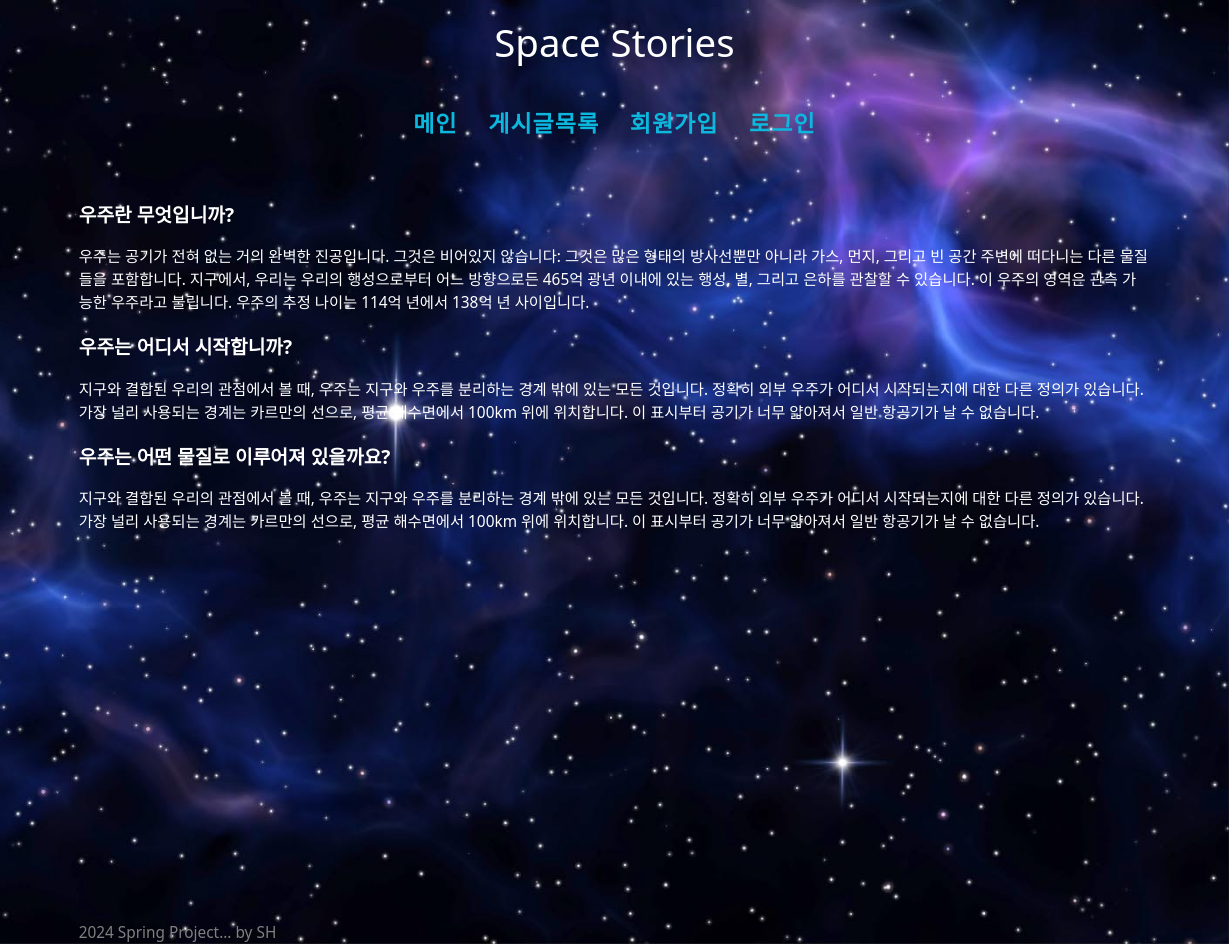
Repository: dtkd19/spring_personal_project
Page: http://localhost/myproject/WEB-INF/views/home.jsp
The author's editor kept a copy of each file at every save. The page is drawn from the files as they stood at one save, then again after the next save.
The browser window is 1280 px wide. The pictures show the whole page, at 96% of full size.
The page is served by Tomcat 9. Nobody is signed in. The template is opened directly, without the code that normally fills it, so the values that code supplies are empty.

Above is the page before, as saved 2024-11-08 08:23:20.

After the next save:
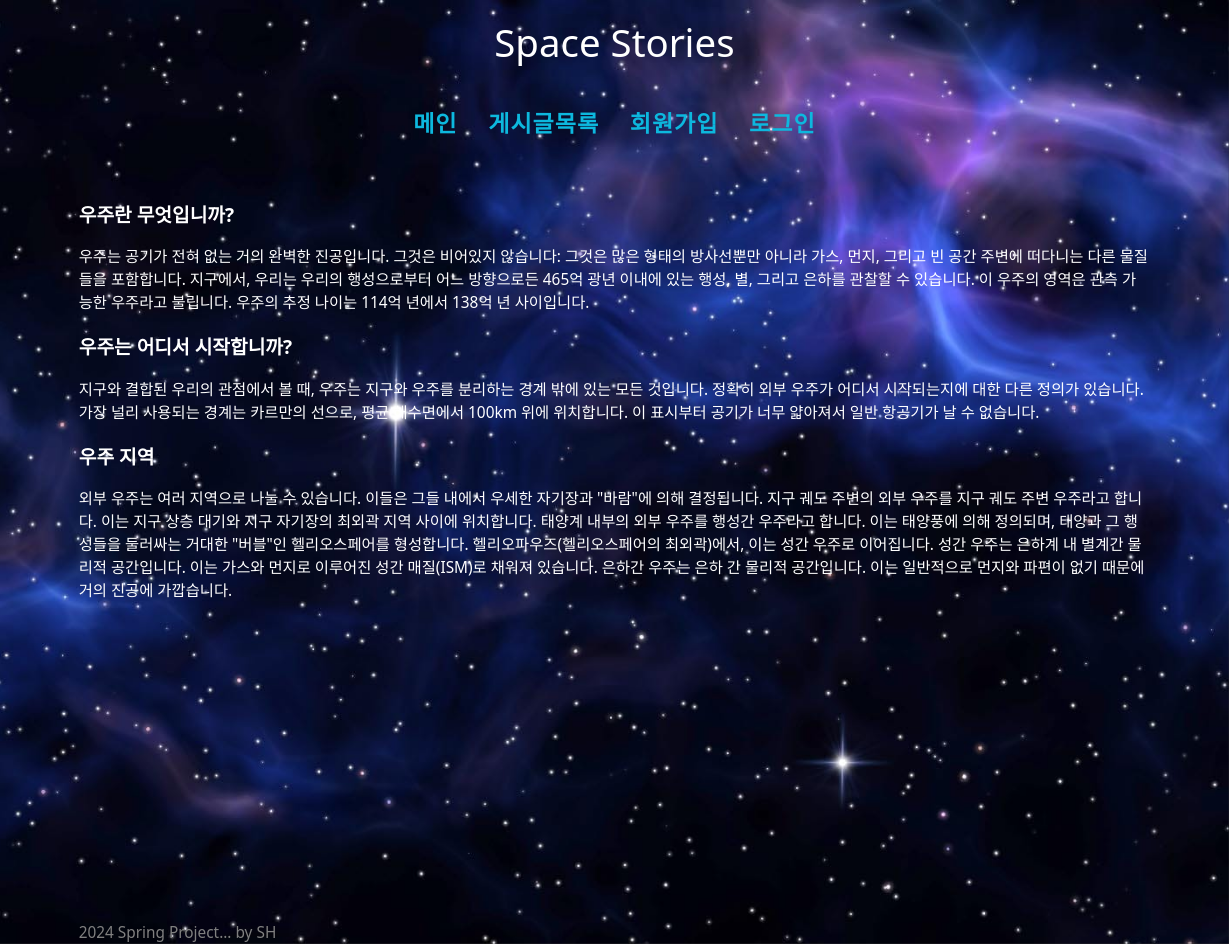
Saved 30 s later.
--- a/myproject/src/main/webapp/WEB-INF/views/home.jsp
+++ b/myproject/src/main/webapp/WEB-INF/views/home.jsp
@@ -35,10 +35,14 @@
 지구와 결합된 우리의 관점에서 볼 때, 우주는 지구와 우주를 분리하는 경계 밖에 있는 모든 것입니다.
 정확히 외부 우주가 어디서 시작되는지에 대한 다른 정의가 있습니다. 가장 널리 사용되는 경계는 카르만의 선으로, 평균 해수면에서 100km 위에 위치합니다. 이 표시부터 공기가 너무 얇아져서 일반 항공기가 날 수 없습니다.
 </span>
-<p> 우주는 어떤 물질로 이루어져 있을까요? </p>
+<p> 우주 지역 </p>
 <span>
-지구와 결합된 우리의 관점에서 볼 때, 우주는 지구와 우주를 분리하는 경계 밖에 있는 모든 것입니다.
-정확히 외부 우주가 어디서 시작되는지에 대한 다른 정의가 있습니다. 가장 널리 사용되는 경계는 카르만의 선으로, 평균 해수면에서 100km 위에 위치합니다. 이 표시부터 공기가 너무 얇아져서 일반 항공기가 날 수 없습니다.
+외부 우주는 여러 지역으로 나눌 수 있습니다. 이들은 그들 내에서 우세한 자기장과 "바람"에 의해 결정됩니다.
+
+지구 궤도 주변의 외부 우주를 지구 궤도 주변 우주라고 합니다. 이는 지구 상층 대기와 지구 자기장의 최외곽 지역 사이에 위치합니다.
+태양계 내부의 외부 우주를 행성간 우주라고 합니다. 이는 태양풍에 의해 정의되며, 태양과 그 행성들을 둘러싸는 거대한 "버블"인 헬리오스페어를 형성합니다. 헬리오파우즈(헬리오스페어의 최외곽)에서, 이는 성간 우주로 이어집니다.
+성간 우주는 은하계 내 별계간 물리적 공간입니다. 이는 가스와 먼지로 이루어진 성간 매질(ISM)로 채워져 있습니다.
+은하간 우주는 은하 간 물리적 공간입니다. 이는 일반적으로 먼지와 파편이 없기 때문에 거의 진공에 가깝습니다.
 </span>
 
 </div>
